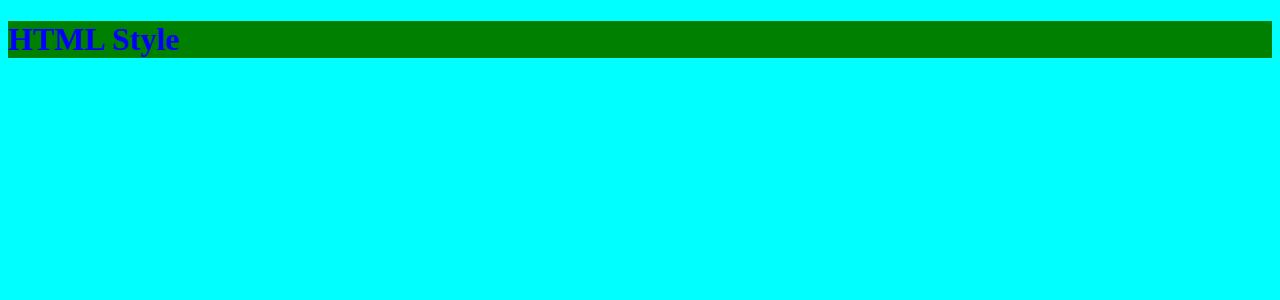
Repository: XenosJM/WEB_CODES
Page: Web01_HTML/src/main/webapp/03_style.html
An editor plug-in stored every save of this project. The page is shown before and after the next save, followed by the edit.
The browser window is 1280 px wide. The pictures show the whole page.

Above is the page before, as saved 2024-03-19 03:15:50.

After the next save:
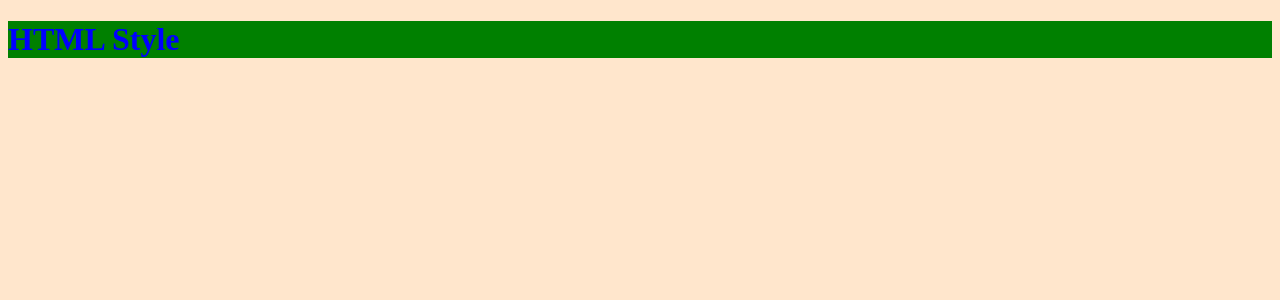
Saved 2 min 43 s later.
--- a/Web01_HTML/src/main/webapp/03_style.html
+++ b/Web01_HTML/src/main/webapp/03_style.html
@@ -4,7 +4,7 @@
 <meta charset="UTF-8">
 <title>style</title>
 </head>
-<body style="background-color : cyan">
+<body style="background-color : #ffe6cc">
 	<h1 style="color : blue; background-color: green;">
 	HTML Style</h1>
 
